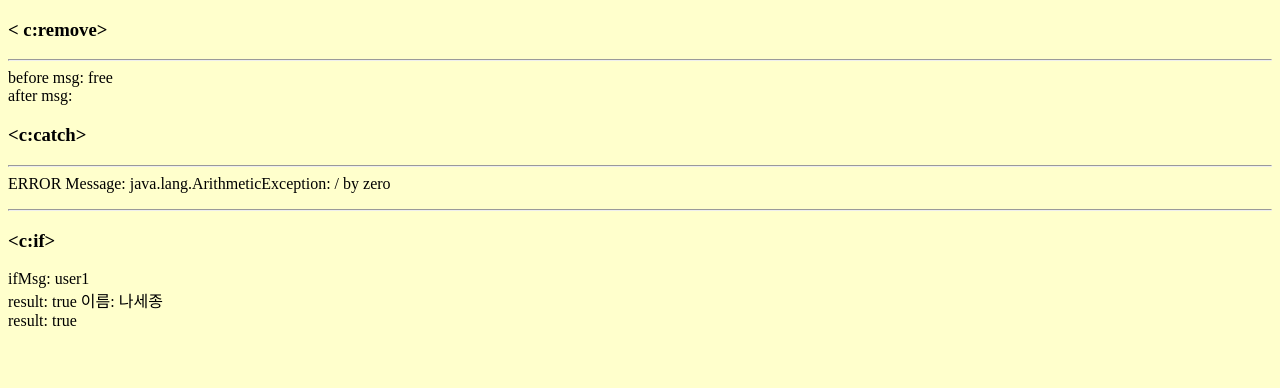
Repository: topblame/Bootcamp
Page: http://localhost/JSP_250408/chapter05/01_jstlExam.jsp
An editor plug-in stored every save of this project. The page is shown before and after the next save, followed by the edit.
The browser window is 1280 px wide. The pictures show the whole page.
The page is served by Tomcat 9. Other server files are loaded and not shown.

Above is the page before, as saved 2025-06-27 02:44:12.

### WebMvc/JSP_250408/src/main/webapp/chapter05/01_jstlExam.jsp
<%@ page language="java" contentType="text/html; charset=UTF-8" pageEncoding="UTF-8"%>
<%@ taglib prefix = "c" uri = "http://java.sun.com/jsp/jstl/core" %>
<!DOCTYPE html PUBLIC "-//W3C//DTD HTML 4.01 Transitional//EN" "http://www.w3.org/TR/html4/loose.dtd">
<html>
<head>
<meta http-equiv="Content-Type" content="text/html; charset=UTF-8">
<title>JSTL</title> <!-- java-server standard tag lib -->
</head>
<body bgcolor = "#ffffcc">
<h3>&lt; c:remove&gt;</h3>
<hr />
<!-- java code: var msg = "free" -->
<c:set var ="msg" value = "free"/>
before msg: ${msg }
<br />
<c:remove var = "msg"/>
after msg: ${msg }
<p></p>

<!-- c:catch java code: try catch  -->
<h3>&lt;c:catch&gt;</h3>
<hr />
<c:catch var ="errMsg">
<%= 9/0 %>
</c:catch>
ERROR Message: ${errMsg}
<p></p>
<hr />


<h3>&lt;c:if&gt;</h3>
<c:set var="ifMsg" value = "user1"/>
ifMsg: ${ifMsg }
<br />

<!-- c:if => java code: if(ifMsg="user1") -->
<c:if test ="${ifMsg == 'user1' }" var = "result">
result: ${result }
</c:if>


<c:set var="name" value = "나세종"/>
이름: ${name }
<br />

<!-- c:if => java code: if(ifMsg="user1") -->
<c:if test ="${ifMsg == 'user1' }" var = "result">
result: ${result }
</c:if>


</body>
</html>
<!--JSTL(JavaServer Pages Standard Tag Library): JSP에서 자주 사용되는 자바 코드를 태그방식으로 지원 -->

After the next save:
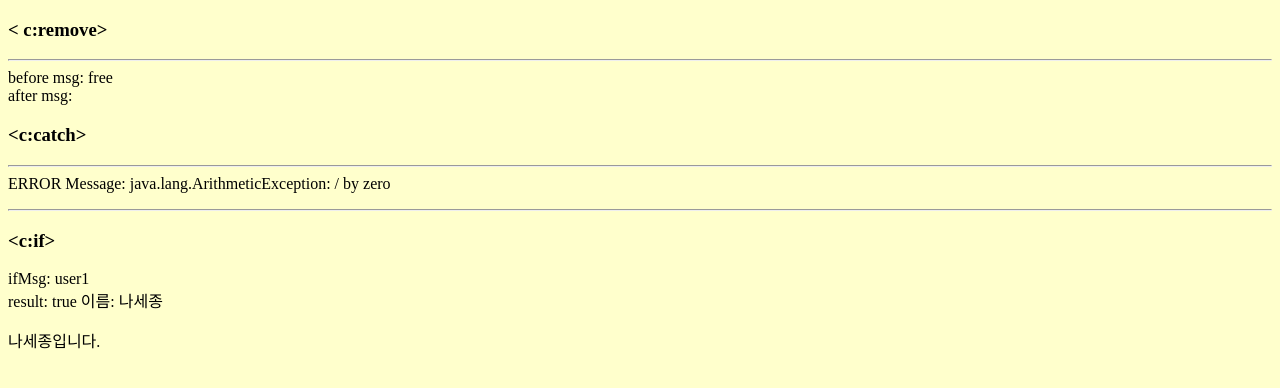
Saved 82 s later.
--- a/WebMvc/JSP_250408/src/main/webapp/chapter05/01_jstlExam.jsp
+++ b/WebMvc/JSP_250408/src/main/webapp/chapter05/01_jstlExam.jsp
@@ -42,10 +42,8 @@ result: ${result }
 <c:set var="name" value = "나세종"/>
 이름: ${name }
 <br />
-
-<!-- c:if => java code: if(ifMsg="user1") -->
-<c:if test ="${ifMsg == 'user1' }" var = "result">
-result: ${result }
+<c:if test ="${name eq '나세종'}">
+<p>나세종입니다.</p>
 </c:if>
 
 
